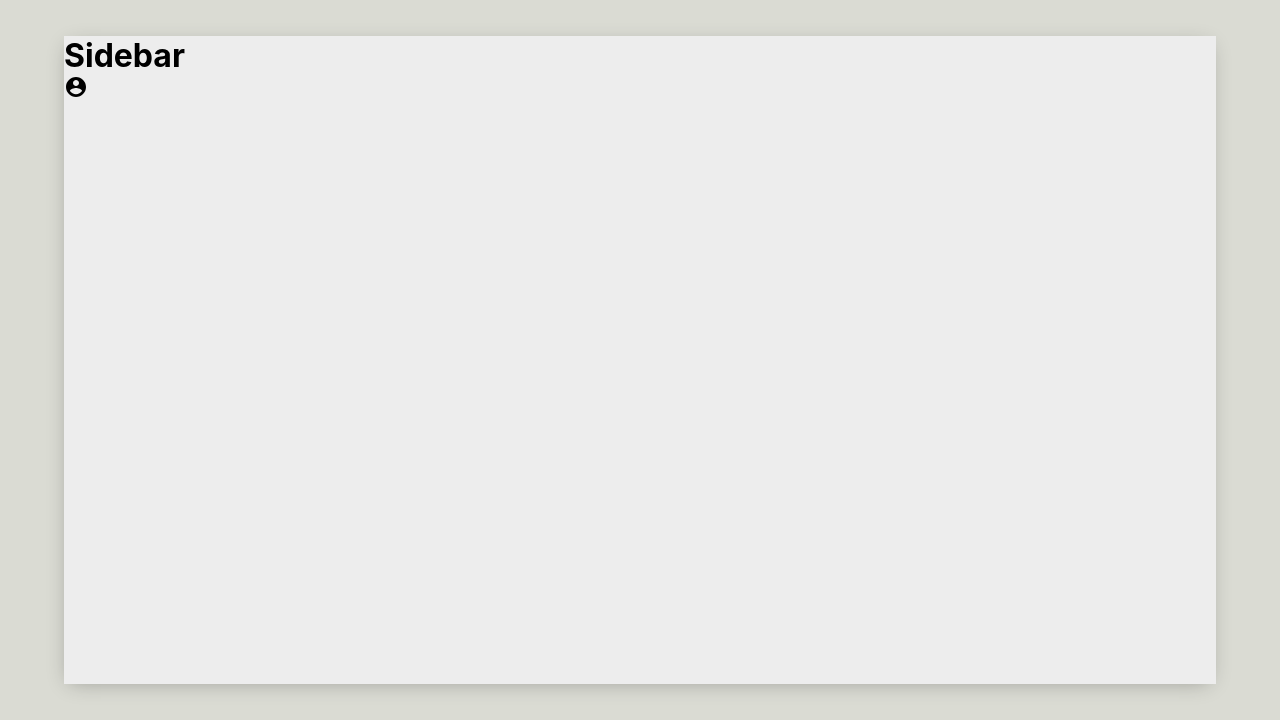
Repository: Prafullkuma/whatsappclon
Page: /
These files come from the project's save history. The page is drawn as it stood at one moment and after the next save; the edit follows.
The browser window is 1280 px wide. The pictures show the whole page.
The project was rebuilt for these pictures with package versions that can differ from the ones it lists, and the page was loaded fresh each time.

Above is the page before, as saved 2020-08-19 11:22:58.

After the next save:
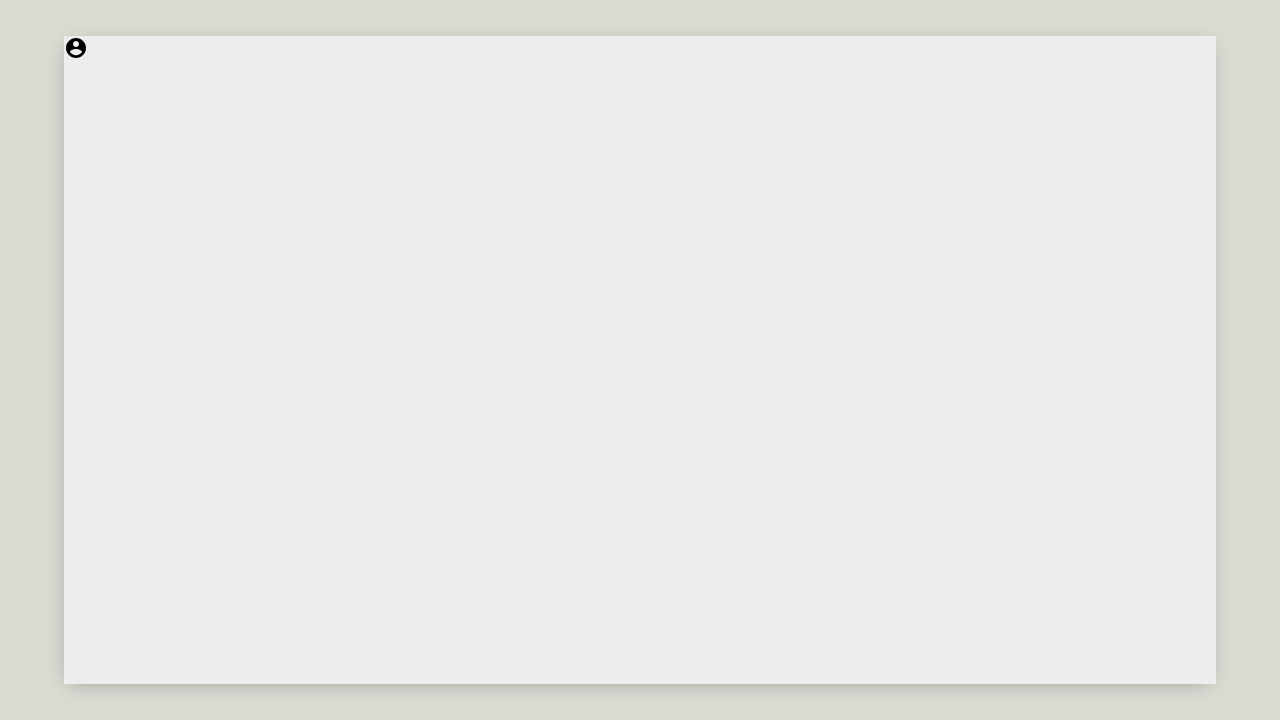
Saved 2 min 26 s later.
--- a/src/Component/Sidebar.js
+++ b/src/Component/Sidebar.js
@@ -1,10 +1,19 @@
 import React from 'react'
 import AccountCircleIcon from '@material-ui/icons/AccountCircle';
+
 function Slidebar() {
     return (
         <div className="sidebar">
-            <h1>Sidebar</h1>
-            <AccountCircleIcon />
+            <div className="sidebar_header">
+
+                <AccountCircleIcon />
+            </div>
+            <div className="sidebar_search">
+
+            </div>
+            <div className="sidebbar_chat">
+
+            </div>
         </div >
     )
 }
